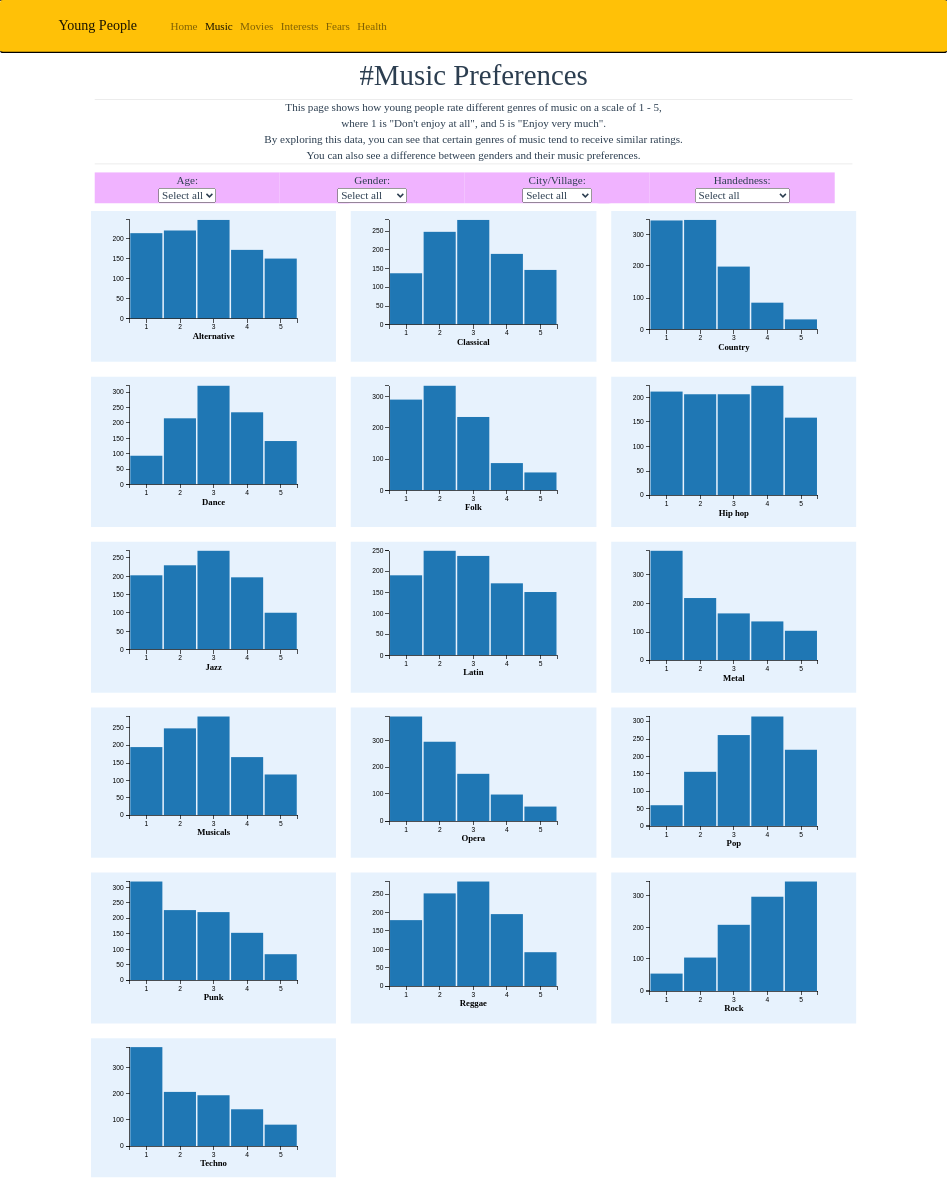
Repository: BrendanMolloy/milestone2
Page: music.html
The author's editor kept a record of every edit. The page is drawn from the files as they stood at one moment, then again after the next edit.
The browser window is 1280 px wide. The pictures show the whole page, at 74% of full size.
Some web fonts or font styles are not loaded; a fallback is used. Some web libraries are served in a nearby version.

Above is the page before.

After the next edit:
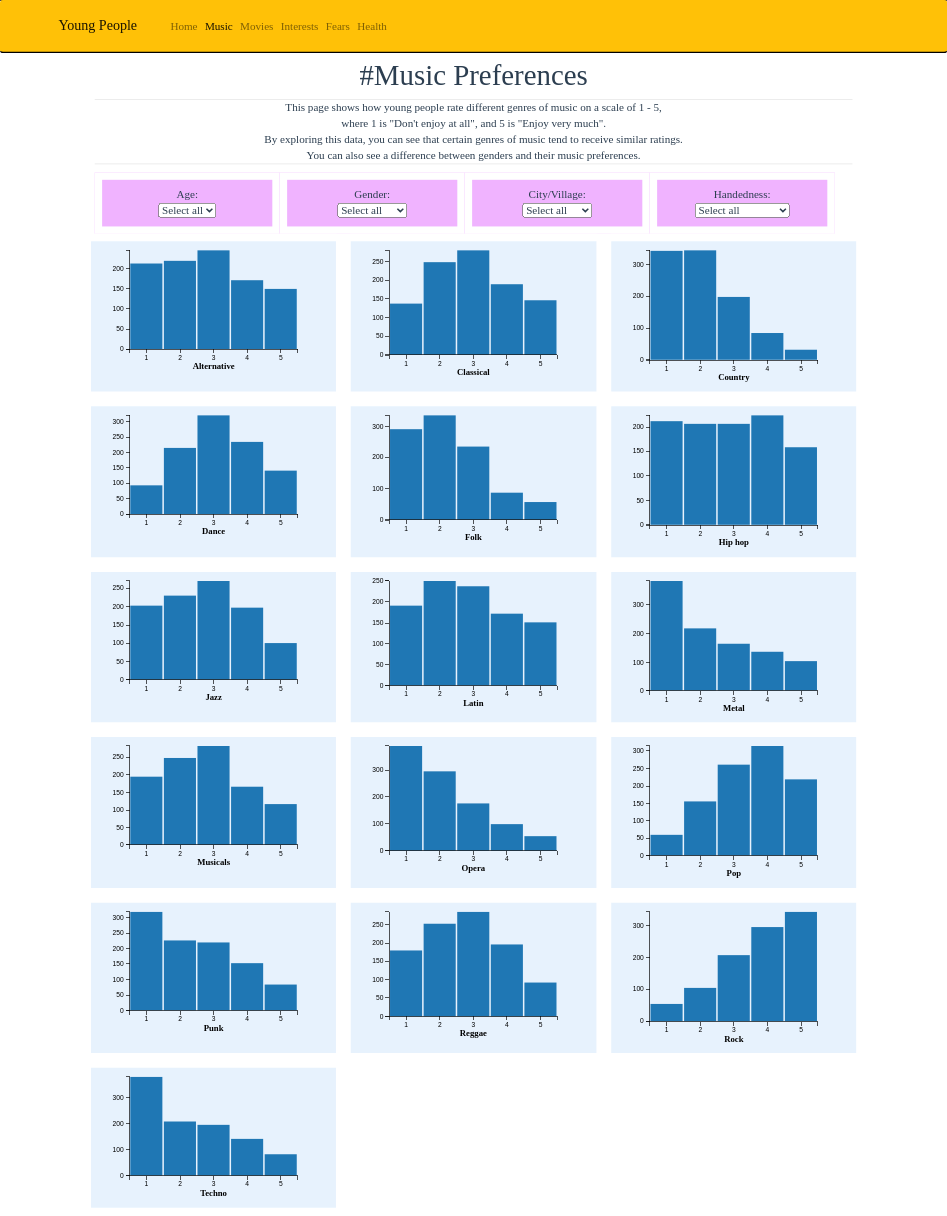
The edit:
--- a/css/style.css
+++ b/css/style.css
@@ -69,6 +69,8 @@
   text-align: center;
   max-width:250px;
   background-color: #f0b3ff;
+  padding:1%;
+  border: 10px solid #fff;
 }
 
 .dropdown-container{
